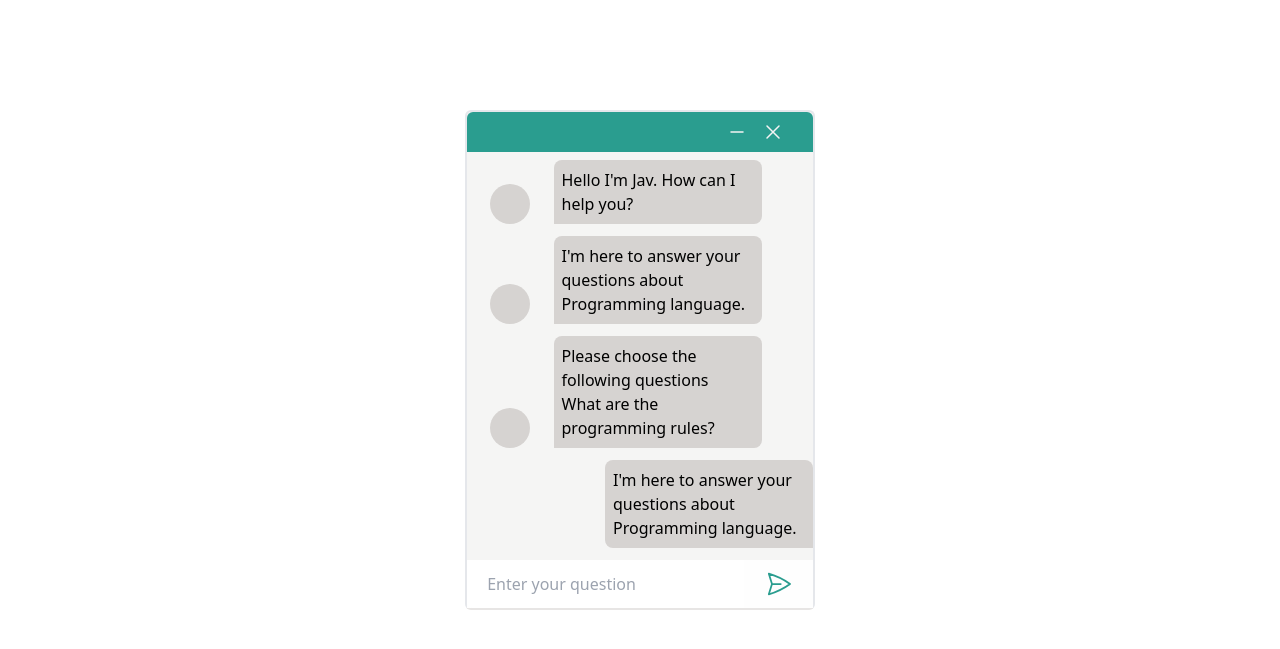
Repository: hsumyatm7308/Chatbot
Page: index.html
An editor plug-in stored every save of this project. The page is shown before and after the next save, followed by the edit.
The browser window is 1280 px wide. The pictures show the whole page.
Some web libraries are served in a nearby version.

Above is the page before, as saved 2023-07-09 12:34:19.

After the next save:
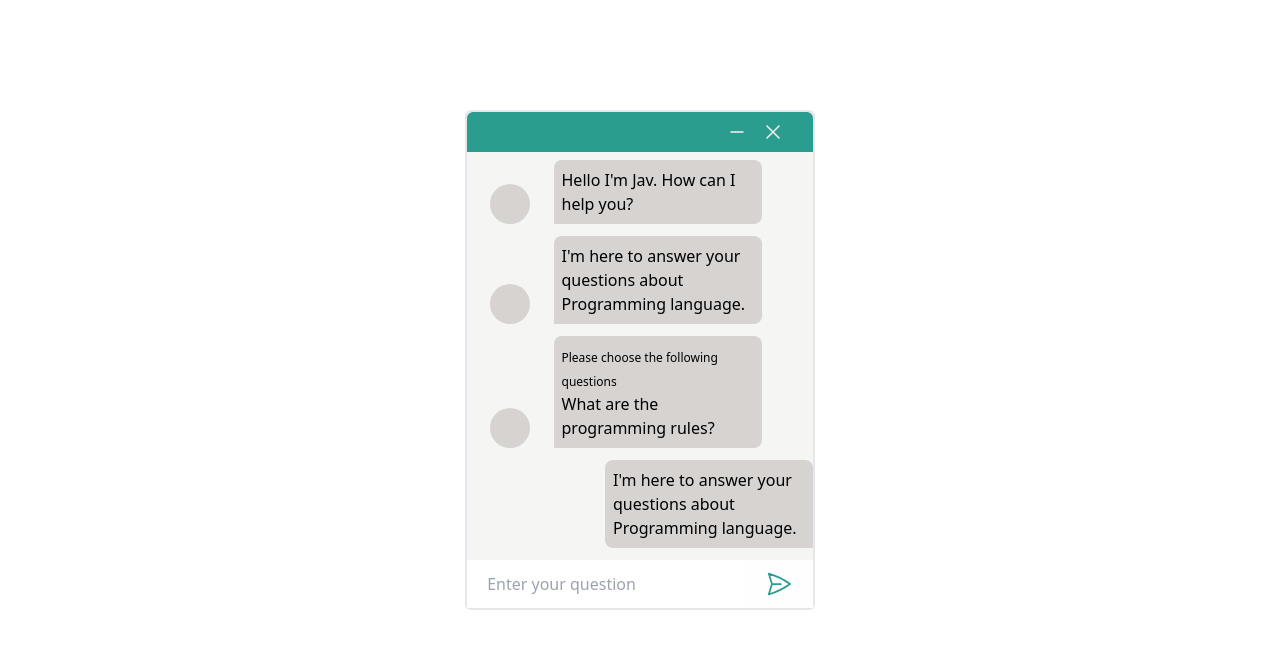
Saved 13 s later.
--- a/index.html
+++ b/index.html
@@ -68,7 +68,7 @@
                         <div class="w-full h-auto ">
                             <div class="w-52 h-full bg-stone-300 rounded-lg rounded-bl-none p-2">
                                 <span>
-                                    <span>Please choose the following questions</span>
+                                    <span class="text-xs">Please choose the following questions</span>
                                     <ul>
                                         <li><a href="">What are the programming rules?</a></li>
                                     </ul>
